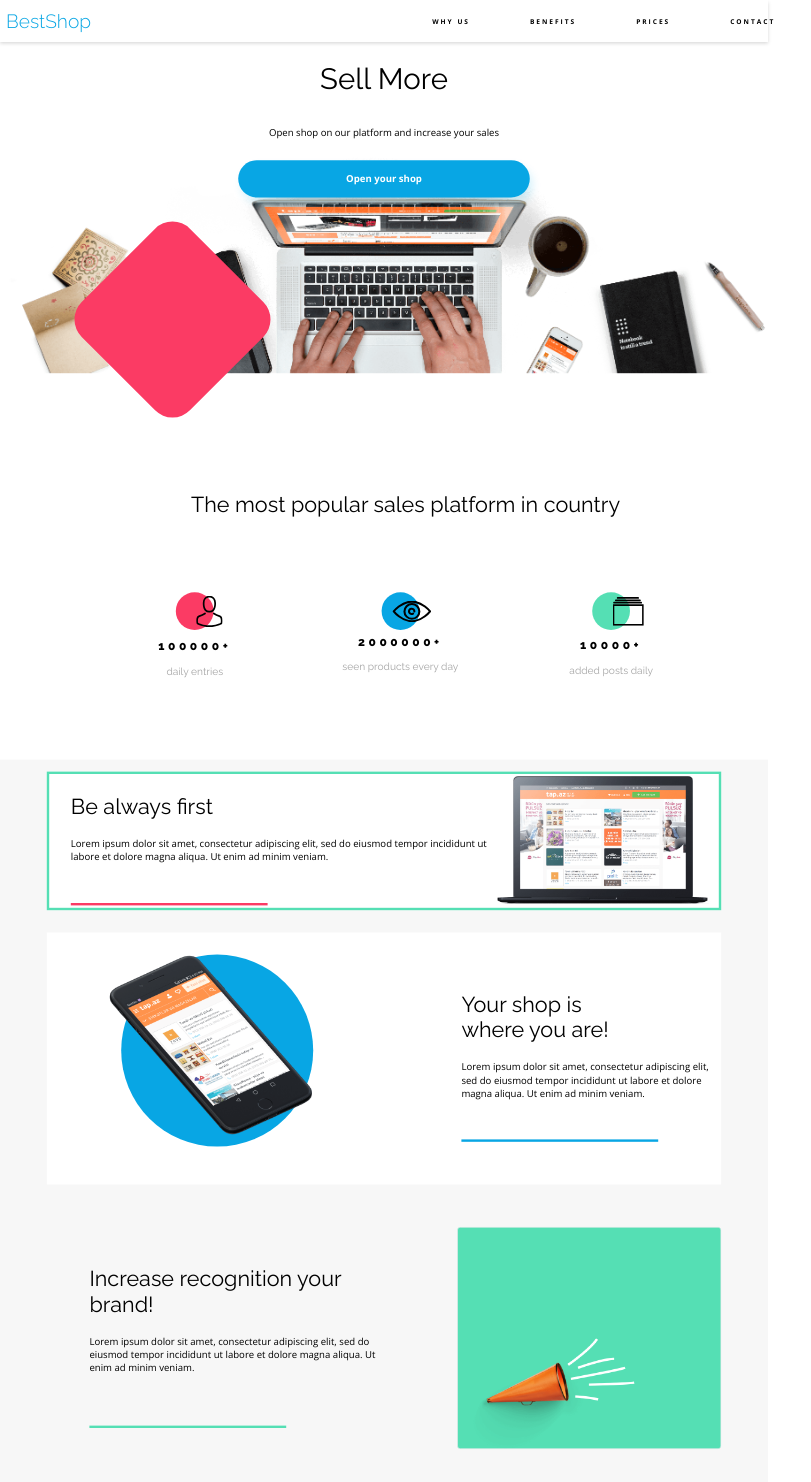
Repository: Widzisz/bestshop-website
Page: index.html
These files come from the project's save history. The page is drawn as it stood at one moment and after the next save; the edit follows.
The browser window is 1280 px wide. The page is 1352 px wide, so the pictures cover 1352 px, including what lies to the right of the window. The pictures show the whole page, at 60% of full size.

Above is the page before, as saved 2021-03-20 11:02:36.

After the next save:
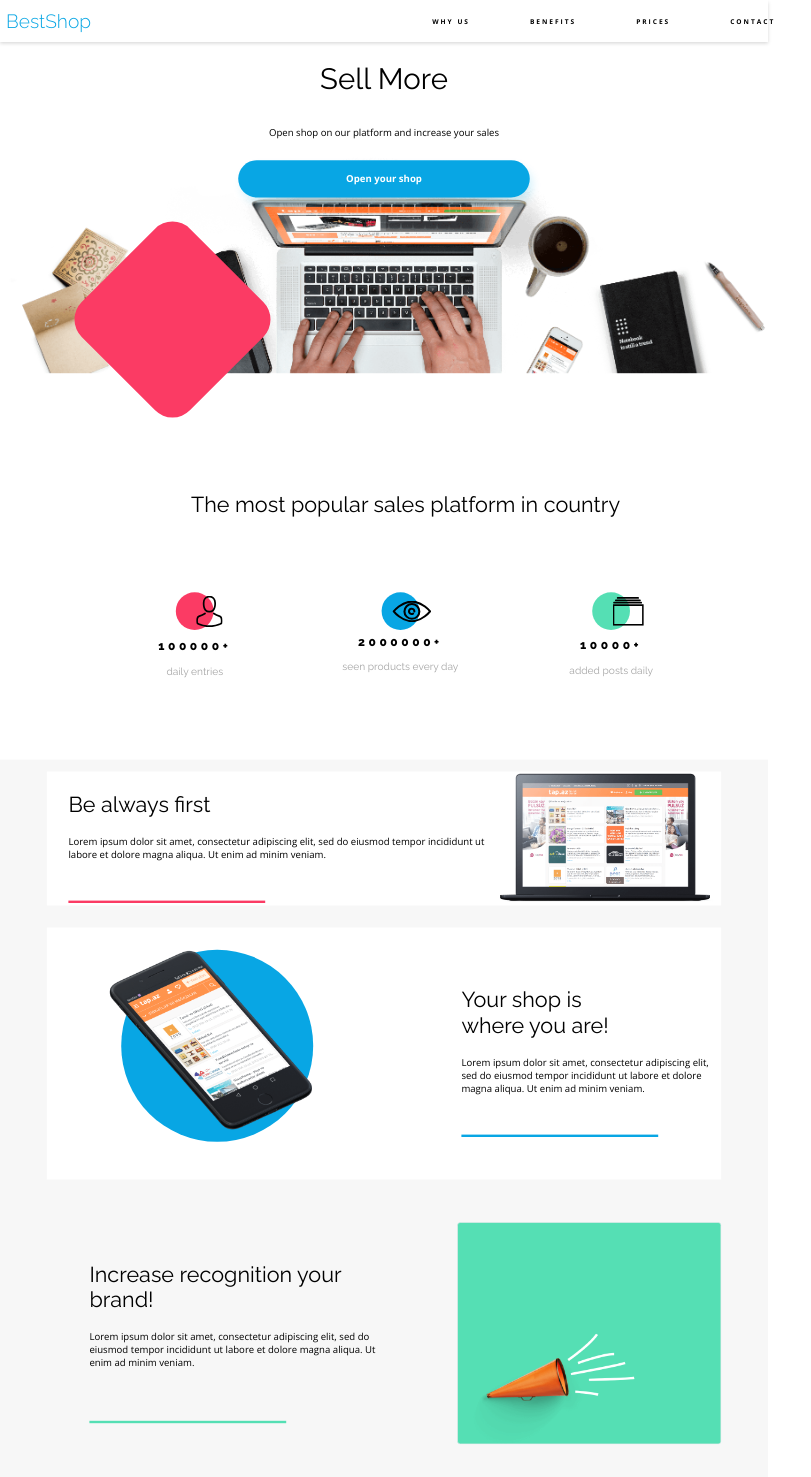
Saved 14 s later.
--- a/css/style.css
+++ b/css/style.css
@@ -276,7 +276,7 @@ body {
   flex-direction: row-reverse;
   background: var(--c-white);
 
-  border: 4px solid var(--c-green);
+
 }
 
 
